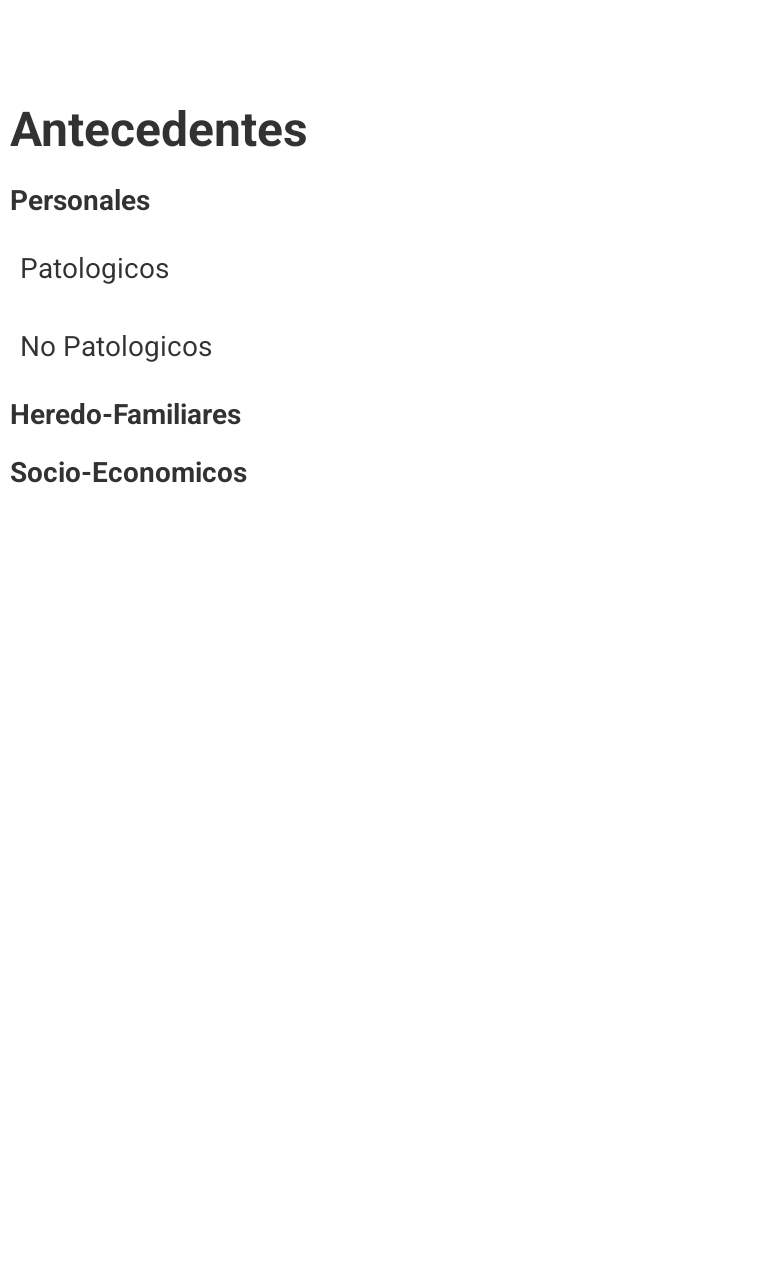
Repository: kakusio/AndoidMedics
Layout: NfcAndroidCliente/res/layout/historial_medico.xml
An editor plug-in stored every save of this project. The layout is shown before and after the next save, followed by the edit.
It is drawn on a 768 x 1280 px phone screen (xhdpi) without system bars, with theme AppTheme; the app's code is not run. Lists and similar views that code fills are empty.

Above is the layout before, as saved 2013-04-14 16:11:15.

After the next save:
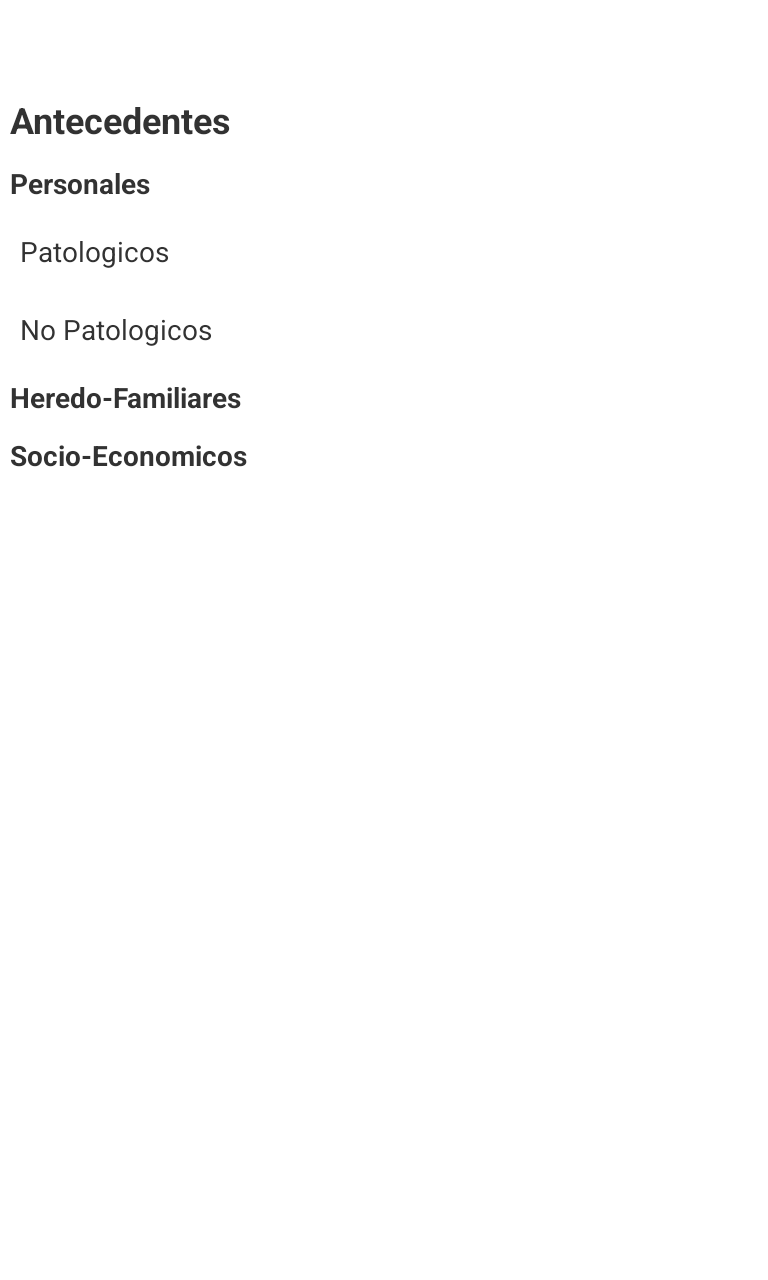
Saved 83 min 55 s later.
--- a/NfcAndroidCliente/res/layout/historial_medico.xml
+++ b/NfcAndroidCliente/res/layout/historial_medico.xml
@@ -13,16 +13,14 @@
             android:layout_width="match_parent"
             android:layout_height="wrap_content"
             android:layout_margin="5dp"
-            android:textSize="24sp"
+            android:textSize="20sp"
             android:textStyle="bold" />
 
         <TextView
             android:id="@+id/religionUsuario"
             android:layout_width="match_parent"
             android:layout_height="wrap_content"
-            android:layout_margin="5dp"
-            android:textSize="24sp"
-            android:textStyle="bold" />
+            android:layout_margin="5dp" />
 
         <TextView
             android:id="@+id/edadUsuario"
@@ -52,7 +50,7 @@
             android:layout_height="wrap_content"
             android:layout_margin="5dp"
             android:text="Antecedentes"
-            android:textSize="24sp"
+            android:textSize="18sp"
             android:textStyle="bold" />
 
         <TextView
